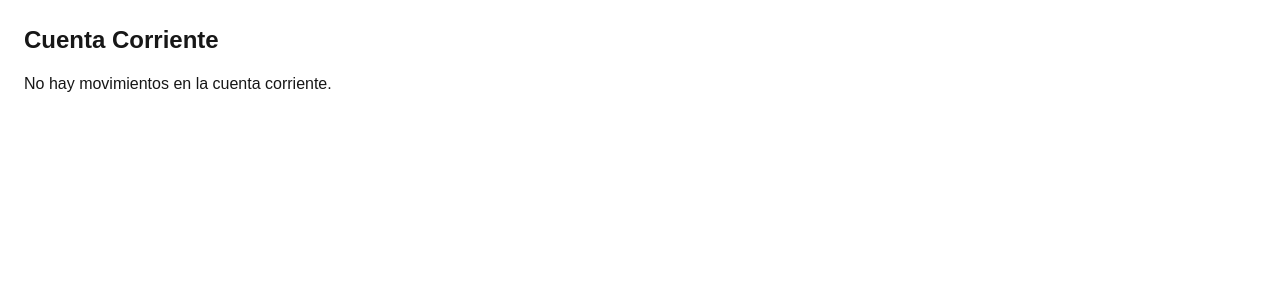
Repository: manucavallera/Sistema-Gestion
Page: /cuenta-corriente
The author's editor kept a copy of each file at every save. The page is drawn from the files as they stood at one save, then again after the next save.
The browser window is 1280 px wide. The pictures show the whole page.
The page's requests for data from a server got no answer. The project was rebuilt for these pictures with package versions that can differ from the ones it lists, and the page was loaded fresh each time. The framework's server and built-in components were replaced by stand-ins that run in the browser. No one was signed in, and anything a server would have sent is missing. Also part of the build but not shown: next.config.mjs.

Above is the page before, as saved 2024-11-01 20:08:07.

After the next save:
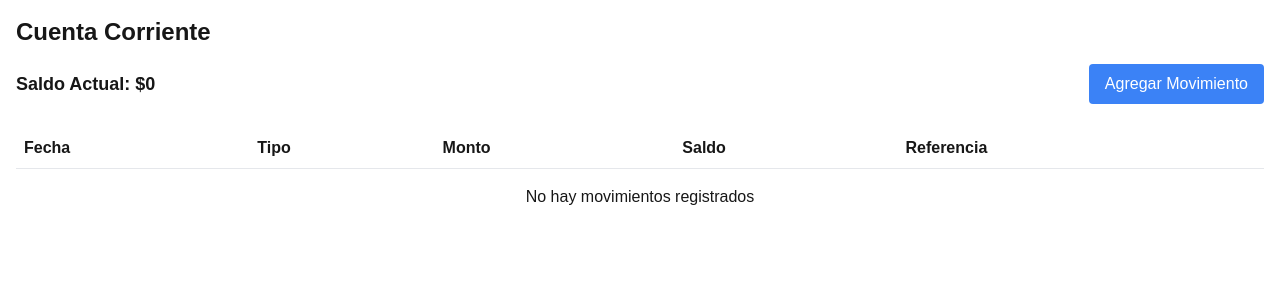
Saved 79 s later.
--- a/src/app/cuenta-corriente/page.tsx
+++ b/src/app/cuenta-corriente/page.tsx
@@ -1,7 +1,6 @@
 // src/app/cuenta-corriente/page.tsx
 "use client";
-
-import { useEffect, useState } from "react";
+import { useState, useEffect } from "react";
 
 interface Movimiento {
   id: number;
@@ -14,7 +13,7 @@ interface Movimiento {
 
 function CuentaCorrientePage() {
   const [movimientos, setMovimientos] = useState<Movimiento[]>([]);
-  const [loading, setLoading] = useState(true);
+  const [saldoActual, setSaldoActual] = useState(0);
 
   useEffect(() => {
     const fetchMovimientos = async () => {
@@ -23,66 +22,68 @@ function CuentaCorrientePage() {
         if (response.ok) {
           const data = await response.json();
           setMovimientos(data.movimientos);
-        } else {
-          console.error("Error fetching movements:", response.statusText);
+          if (data.movimientos.length > 0) {
+            setSaldoActual(data.movimientos[0].saldo);
+          }
         }
       } catch (error) {
-        console.error("Error fetching movements:", error);
-      } finally {
-        setLoading(false);
+        console.error("Error fetching movimientos:", error);
       }
     };
-
     fetchMovimientos();
   }, []);
 
   return (
-    <div className='container mx-auto p-6'>
+    <div className='container mx-auto p-4'>
       <h1 className='text-2xl font-bold mb-4'>Cuenta Corriente</h1>
-      {loading ? (
-        <p>Cargando movimientos...</p>
-      ) : movimientos.length > 0 ? (
-        <div className='overflow-x-auto'>
-          <table className='table-auto w-full bg-white shadow-md rounded'>
-            <thead>
-              <tr className='bg-gray-200 text-gray-700'>
-                <th className='px-4 py-2'>Fecha</th>
-                <th className='px-4 py-2'>Tipo</th>
-                <th className='px-4 py-2'>Monto</th>
-                <th className='px-4 py-2'>Saldo</th>
-                <th className='px-4 py-2'>Referencia</th>
+      <div className='flex justify-between items-center mb-6'>
+        <span className='text-lg font-semibold'>
+          Saldo Actual: ${saldoActual}
+        </span>
+        <button className='bg-blue-500 text-white px-4 py-2 rounded hover:bg-blue-600'>
+          Agregar Movimiento
+        </button>
+      </div>
+
+      <table className='w-full text-left border-collapse'>
+        <thead>
+          <tr>
+            <th className='border-b p-2'>Fecha</th>
+            <th className='border-b p-2'>Tipo</th>
+            <th className='border-b p-2'>Monto</th>
+            <th className='border-b p-2'>Saldo</th>
+            <th className='border-b p-2'>Referencia</th>
+          </tr>
+        </thead>
+        <tbody>
+          {movimientos.length > 0 ? (
+            movimientos.map((movimiento) => (
+              <tr
+                key={movimiento.id}
+                className={
+                  movimiento.tipo === "credito" ? "bg-green-100" : "bg-red-100"
+                }
+              >
+                <td className='p-2'>
+                  {new Date(movimiento.fecha).toLocaleDateString()}
+                </td>
+                <td className='p-2'>
+                  {movimiento.tipo === "credito" ? "Crédito" : "Débito"}
+                </td>
+                <td className='p-2'>${movimiento.monto.toFixed(2)}</td>
+                <td className='p-2'>${movimiento.saldo.toFixed(2)}</td>
+                <td className='p-2'>{movimiento.referencia || "-"}</td>
               </tr>
-            </thead>
-            <tbody>
-              {movimientos.map((movimiento) => (
-                <tr key={movimiento.id} className='border-b border-gray-200'>
-                  <td className='px-4 py-2'>
-                    {new Date(movimiento.fecha).toLocaleDateString()}
-                  </td>
-                  <td
-                    className={`px-4 py-2 font-semibold ${
-                      movimiento.tipo === "credito"
-                        ? "text-green-600"
-                        : "text-red-600"
-                    }`}
-                  >
-                    {movimiento.tipo === "credito" ? "Crédito" : "Débito"}
-                  </td>
-                  <td className='px-4 py-2'>
-                    ${movimiento.monto.toLocaleString()}
-                  </td>
-                  <td className='px-4 py-2'>
-                    ${movimiento.saldo.toLocaleString()}
-                  </td>
-                  <td className='px-4 py-2'>{movimiento.referencia || "—"}</td>
-                </tr>
-              ))}
-            </tbody>
-          </table>
-        </div>
-      ) : (
-        <p>No hay movimientos en la cuenta corriente.</p>
-      )}
+            ))
+          ) : (
+            <tr>
+              <td colSpan={5} className='text-center p-4'>
+                No hay movimientos registrados
+              </td>
+            </tr>
+          )}
+        </tbody>
+      </table>
     </div>
   );
 }
